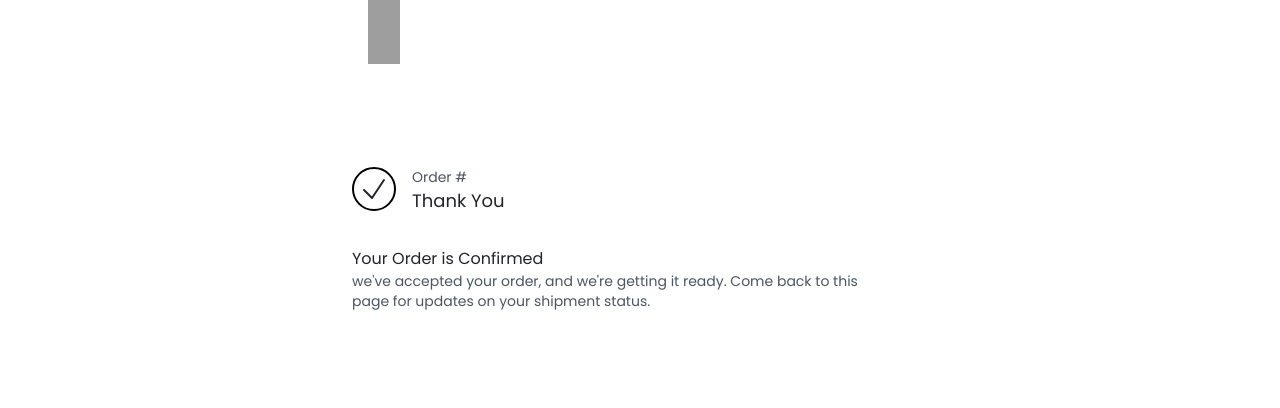
Repository: Deonorla/apple_redesign
Page: /success
An editor plug-in stored every save of this project. The page is shown before and after the next save, followed by the edit.
The browser window is 1280 px wide. The pictures show the whole page.
Pictures or frames that could not be fetched are drawn as grey boxes. The project was rebuilt for these pictures with package versions that can differ from the ones it lists, and the page was loaded fresh each time. The framework's server and built-in components were replaced by stand-ins that run in the browser. Also part of the build but not shown: next.config.js.

Above is the page before, as saved 2024-02-06 00:43:26.

### pages/_app.tsx
import "@/styles/globals.css";
import type { AppProps } from "next/app";
import Head from "next/head";
import { Provider } from "react-redux";
import { store } from "../redux/store";
import { Toaster } from "react-hot-toast";

export default function App({ Component, pageProps }: AppProps) {
  return (
    <Provider store={store}>
      <Head>
        <title>Apple Redesign</title>
      </Head>
      <Toaster />
      <Component {...pageProps} />
    </Provider>
  );
}

### pages/success.tsx
import Head from "next/head";
import Link from "next/link";
import Image from "next/image";
import React from "react";
import { CheckIcon } from "@heroicons/react/24/outline";
import { useRouter } from "next/router";

const success = () => {
  const router = useRouter();
  const { session_id } = router.query;
  return (
    <div>
      <Head>
        <title>Thank you! - Apple</title>
        <link rel="icon" href="/favicon.ico" />
      </Head>
      <header className="mx-auto max-w-xl">
        <Link href="/">
          <div className="relative ml-4 h-16 w-8 cursor-pointer transition lg:inline-flex ">
            <Image
              src="https://www.freeiconspng.com/uploads/apple-icon-4.png"
              width={90}
              height={90}
              alt=""
            />
          </div>
        </Link>
      </header>
      <main className="">
        <section className="lg:mx-w-none order-2 mx-auto max-w-xl pb-12 lg:pr-16 lg:pt-16 2xl:pl-44">
          <div className="my-8 ml-4 flex space-x-4 lg:ml-14 xl:ml-0">
            <div className="flex h-11 w-11 items-center justify-center rounded-full border-2 border-black">
              <CheckIcon className="h-8 w-8" />
            </div>
            <div>
              <p className="text-sm text-gray-600">
                Order #{session_id?.slice(-5)}
              </p>
              <h4 className="text-lg">
                Thank You
                {/* {session ? session?.user?.name..split(" ")[0] : "Guest"} */}
              </h4>
            </div>
          </div>
          <div>
            <div>
              <p>Your Order is Confirmed</p>
              <p className="text-sm text-gray-600">
                we've accepted your order, and we're getting it ready. Come back
                to this page for updates on your shipment status.
              </p>
            </div>
          </div>
        </section>
      </main>
    </div>
  );
};

export default success;

### styles/globals.css
@import url("https://fonts.googleapis.com/css2?family=Poppins:ital,wght@0,100;0,200;0,300;0,400;0,500;0,600;0,700;0,800;0,900;1,100;1,200;1,300;1,400;1,500;1,600;1,700;1,800;1,900&family=Ultra&display=swap");

@tailwind base;
@tailwind components;
@tailwind utilities;

:root {
  --foreground-rgb: 0, 0, 0;
  --background-start-rgb: 214, 219, 220;
  --background-end-rgb: 255, 255, 255;
}

@media (prefers-color-scheme: dark) {
  :root {
    --foreground-rgb: 255, 255, 255;
    --background-start-rgb: 0, 0, 0;
    --background-end-rgb: 0, 0, 0;
  }
}

@layer base {
  body {
    @apply font-body text-[#232428];
  }
}

@layer components {
  .headerLink {
    @apply cursor-pointer opacity-75 transition hover:opacity-100;
  }
  .headerIcon {
    @apply h-6 w-6 cursor-pointer opacity-75 transition hover:opacity-100;
  }
  .link {
    @apply relative cursor-pointer text-lg font-medium before:absolute before:inset-x-0
    before:-bottom-1.5 before:h-0.5 before:origin-left before:scale-x-0 before:transform before:rounded-bl before:bg-black before:transition-all before:duration-200 hover:before:scale-x-100;
  }
  .borderGradient {
    text-align: center;
    padding-bottom: 5px;
    background: linear-gradient(to right, #ec4899, #8b5cf6) left bottom
      no-repeat;
    background-size: 100% 2px;
  }

  .tabPanel {
    @apply grid grid-cols-1 gap-8 sm:grid-cols-2 md:grid-cols-1 lg:grid-cols-2 xl:grid-cols-3;
  }
}

### redux/store.ts
import { configureStore } from "@reduxjs/toolkit";
import basketReducer from "./slices/basketSlice";
export const store = configureStore({
  reducer: {
    basket: basketReducer,
  },
});

export type RootState = ReturnType<typeof store.getState>;
export type AppDispatch = typeof store.dispatch;

### redux/slices/basketSlice.ts
import { createSlice } from "@reduxjs/toolkit";
import type { PayloadAction } from "@reduxjs/toolkit";
import { RootState } from "../store";

export interface BasketState {
  items: Product[];
}

const initialState: BasketState = {
  items: [],
};

export const basketSlice = createSlice({
  name: "basket",
  initialState,
  reducers: {
    addToBasket: (state: BasketState, action: PayloadAction<Product>) => {
      state.items = [...state.items, action.payload];
    },
    removeFromBasket: (
      state: BasketState,
      action: PayloadAction<{ id: string }>
    ) => {
      const index = state.items.findIndex(
        (item: Product) => item._id === action.payload.id
      );

      let newBasket = [...state.items];
      if (index >= 0) {
        newBasket.splice(index, 1);
      } else {
        console.log(`can\'t remove product (id: ${action.payload.id})`);
      }
      state.items = newBasket;
    },
  },
});

export const { addToBasket, removeFromBasket } = basketSlice.actions;

export const selectBasketItems = (state: RootState) => state.basket.items;
export const selectBasketItemsWithId = (state: RootState, id: string) => {
  state.basket.items.filter((item: Product) => item._id === id);
};

export const selectBasketTotal = (state: RootState) => {
  const result = state.basket.items.reduce(
    (total: number, item: Product) => (total += item.price),
    0
  );
  return result;
};

export default basketSlice.reducer;

### tailwind.config.js
/** @type {import('tailwindcss').Config} */
module.exports = {
  content: [
    "./pages/**/*.{js,ts,jsx,tsx,mdx}",
    "./components/**/*.{js,ts,jsx,tsx,mdx}",
    "./app/**/*.{js,ts,jsx,tsx,mdx}",
  ],
  theme: {
    extend: {
      fontFamily: {
        body: ["Poppins", "sans-serif"],
      },
      backgroundImage: {
        "gradient-radial": "radial-gradient(var(--tw-gradient-stops))",
        "gradient-conic":
          "conic-gradient(from 180deg at 50% 50%, var(--tw-gradient-stops))",
      },
    },
  },
  plugins: [],
};

Loaded but not shown: pages/_document.tsx (common file)

After the next save:
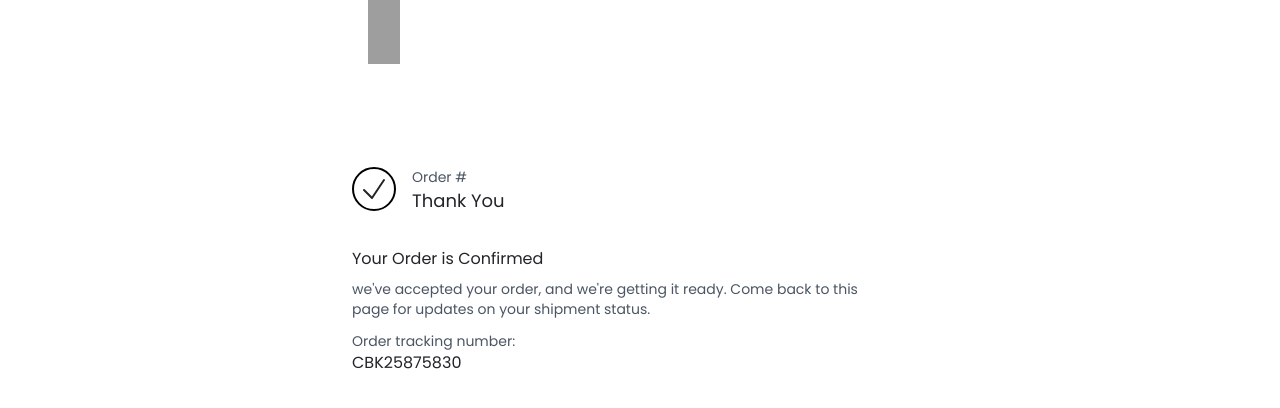
Saved 2 min 30 s later.
--- a/pages/success.tsx
+++ b/pages/success.tsx
@@ -43,12 +43,16 @@
             </div>
           </div>
           <div>
-            <div>
+            <div className="space-y-2 pb-3">
               <p>Your Order is Confirmed</p>
               <p className="text-sm text-gray-600">
                 we've accepted your order, and we're getting it ready. Come back
                 to this page for updates on your shipment status.
               </p>
+            </div>
+            <div>
+              <p className="text-sm text-gray-600">Order tracking number:</p>
+              <p>CBK25875830</p>
             </div>
           </div>
         </section>
